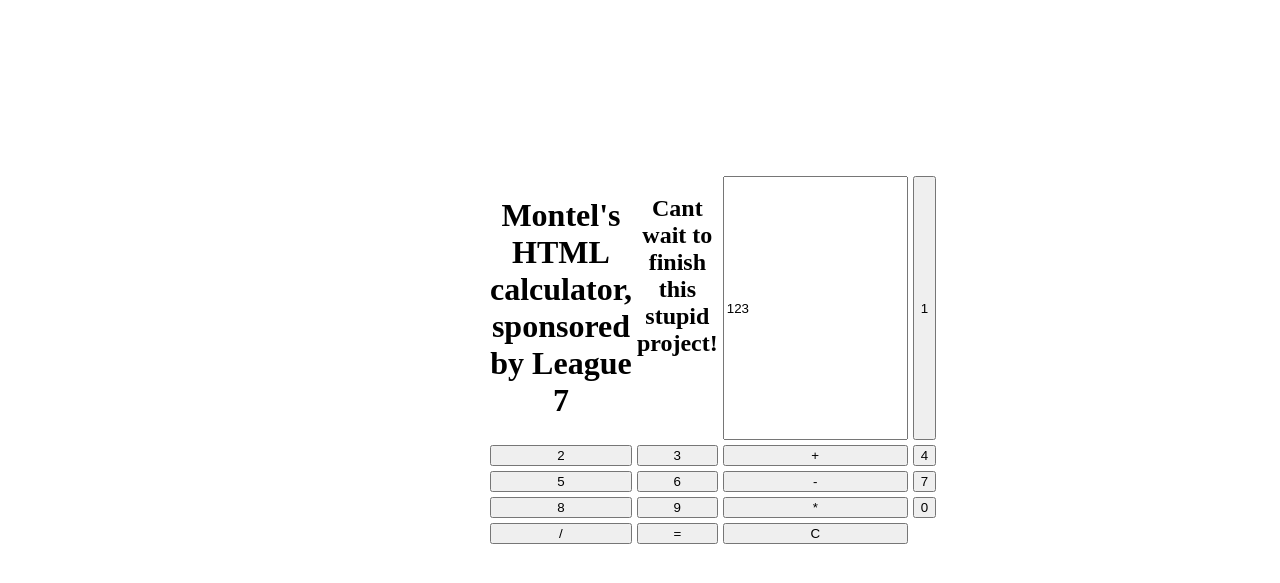
Repository: mnhardy1504/odin-recipes1
Page: repos/calculator/calculator.html
The author's editor kept a copy of each file at every save. The page is drawn from the files as they stood at one save, then again after the next save.
The browser window is 1280 px wide. The pictures show the whole page.

Above is the page before, as saved 2023-12-05 16:18:41.

After the next save:
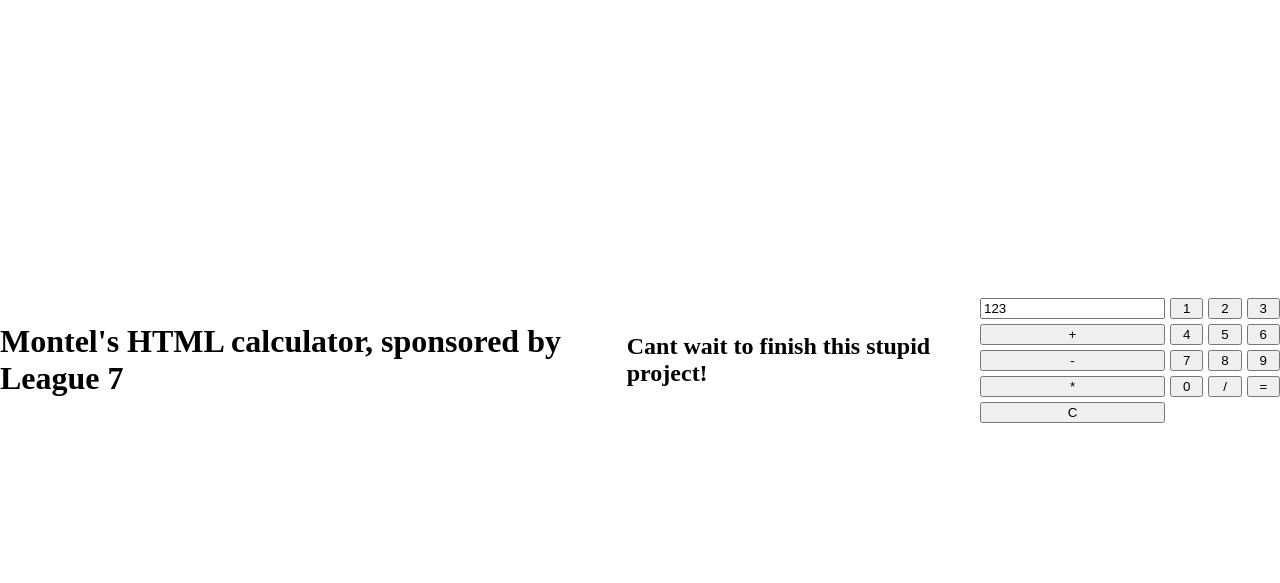
Saved 106 s later.
--- a/repos/calculator/calculator.html
+++ b/repos/calculator/calculator.html
@@ -5,14 +5,13 @@
   <title>Calculator</title>
   <link rel="stylesheet" href="calculator.css">
   <script src="index.js"></script>
+  <h1>Montel's HTML calculator, sponsored by League 7 </h1>
+  <h2> Cant wait to finish this stupid project! </h2>
 
 </head>
 <body>
  <div id="reply"></div>
  <div id="calculator">
-  <h1>Montel's HTML calculator, sponsored by League 7 </h1>
-  <h2> Cant wait to finish this stupid project! </h2>
-
     <input type="text" id="display" value="123" readonly>
 
     <button onclick="updateDisplay('1')">1</button>

After the 4 saves that followed:
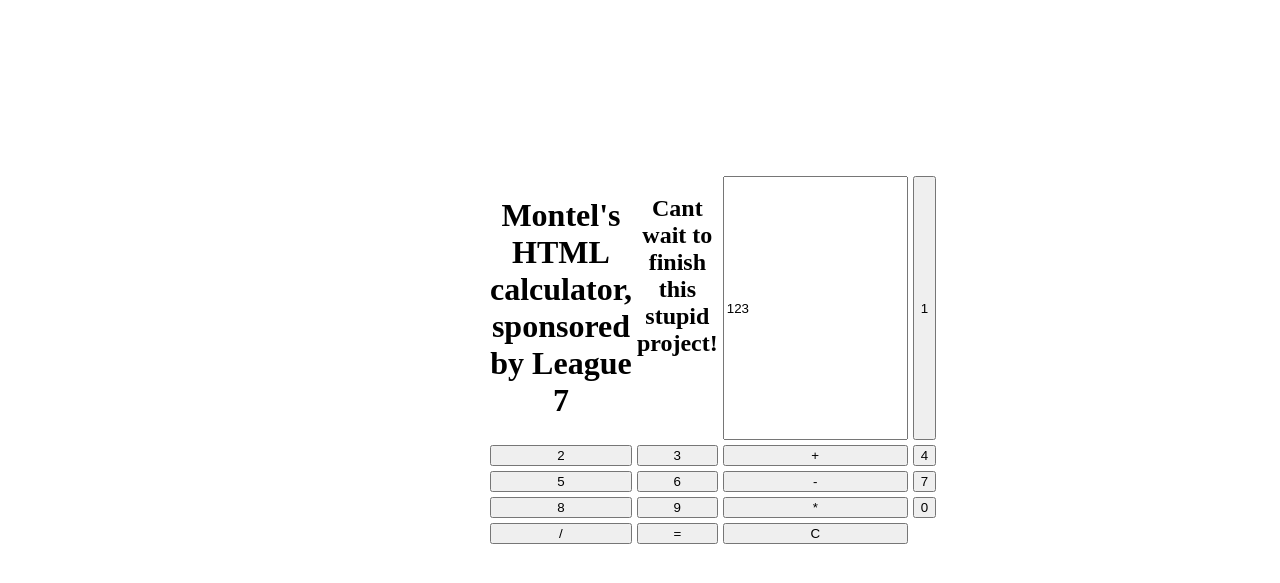
The 4 saves are shown as one change because 3 left the picture as it was.
The last was saved 3 min 6 s later.
--- a/repos/calculator/calculator.html
+++ b/repos/calculator/calculator.html
@@ -5,13 +5,14 @@
   <title>Calculator</title>
   <link rel="stylesheet" href="calculator.css">
   <script src="index.js"></script>
-  <h1>Montel's HTML calculator, sponsored by League 7 </h1>
-  <h2> Cant wait to finish this stupid project! </h2>
 
 </head>
 <body>
  <div id="reply"></div>
  <div id="calculator">
+  <h1>Montel's HTML calculator, sponsored by League 7 </h1>
+  <h2> Cant wait to finish this stupid project! </h2>
+
     <input type="text" id="display" value="123" readonly>
 
     <button onclick="updateDisplay('1')">1</button>
